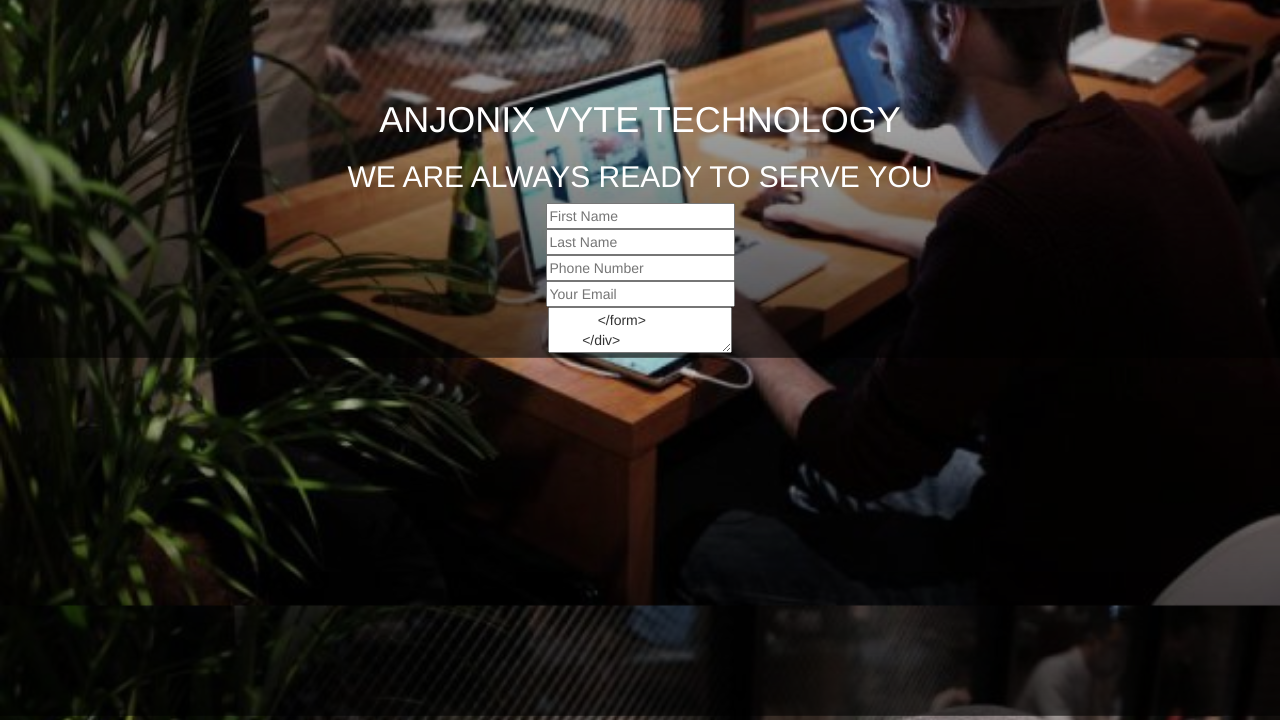
Repository: anjonix/Responsive-Website
Page: contact-form.html
These files come from the project's save history. The page is drawn as it stood at one moment and after the next save; the edit follows.
The browser window is 1280 px wide. The pictures show the whole page.

Above is the page before, as saved 2019-07-09 14:46:01.

After the next save:
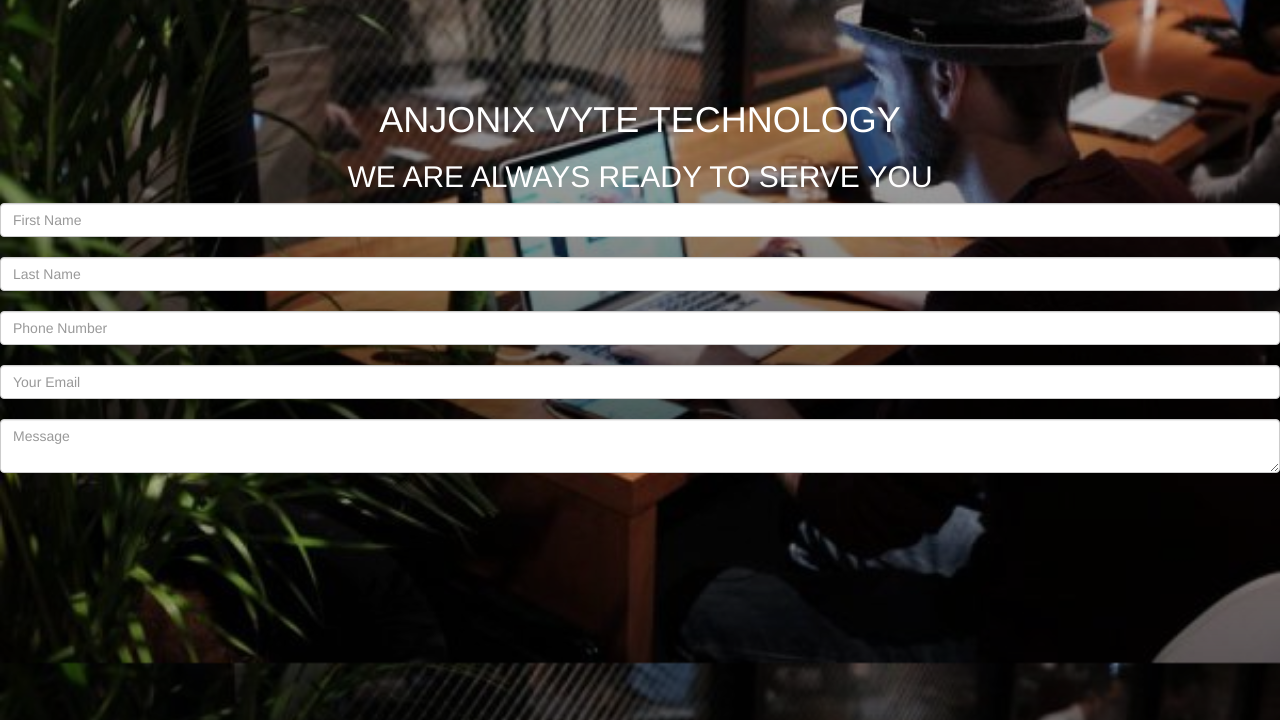
Saved 4 min 2 s later.
--- a/contact-form.html
+++ b/contact-form.html
@@ -24,15 +24,15 @@
         </div>
         <div class="contact-form">
             <form id="contact-form" action="" method="post">
-                <input name="name" type="text" class="form-controller" placeholder="First Name" required>
+                <input name="name" type="text" class="form-control" placeholder="First Name" required>
                 <br>
-                 <input name="name" type="text" class="form-controller" placeholder="Last Name" required>
+                 <input name="name" type="text" class="form-control" placeholder="Last Name" required>
                 <br>
-                 <input name="Phone Number" type="number" class="form-controller" placeholder="Phone Number" required>
+                 <input name="Phone Number" type="number" class="form-control" placeholder="Phone Number" required>
                 <br>
-                 <input name="Email" type="email" class="form-controller" placeholder="Your Email" required>
+                 <input name="Email" type="email" class="form-control" placeholder="Your Email" required>
                 <br>
-                 <textarea name="Message" class="form-controller" placeholder="Message" row="4" required>
+                 <textarea name="Message" class="form-control" placeholder="Message" row="4" required></textarea>
             </form>
         </div>
 </body>
